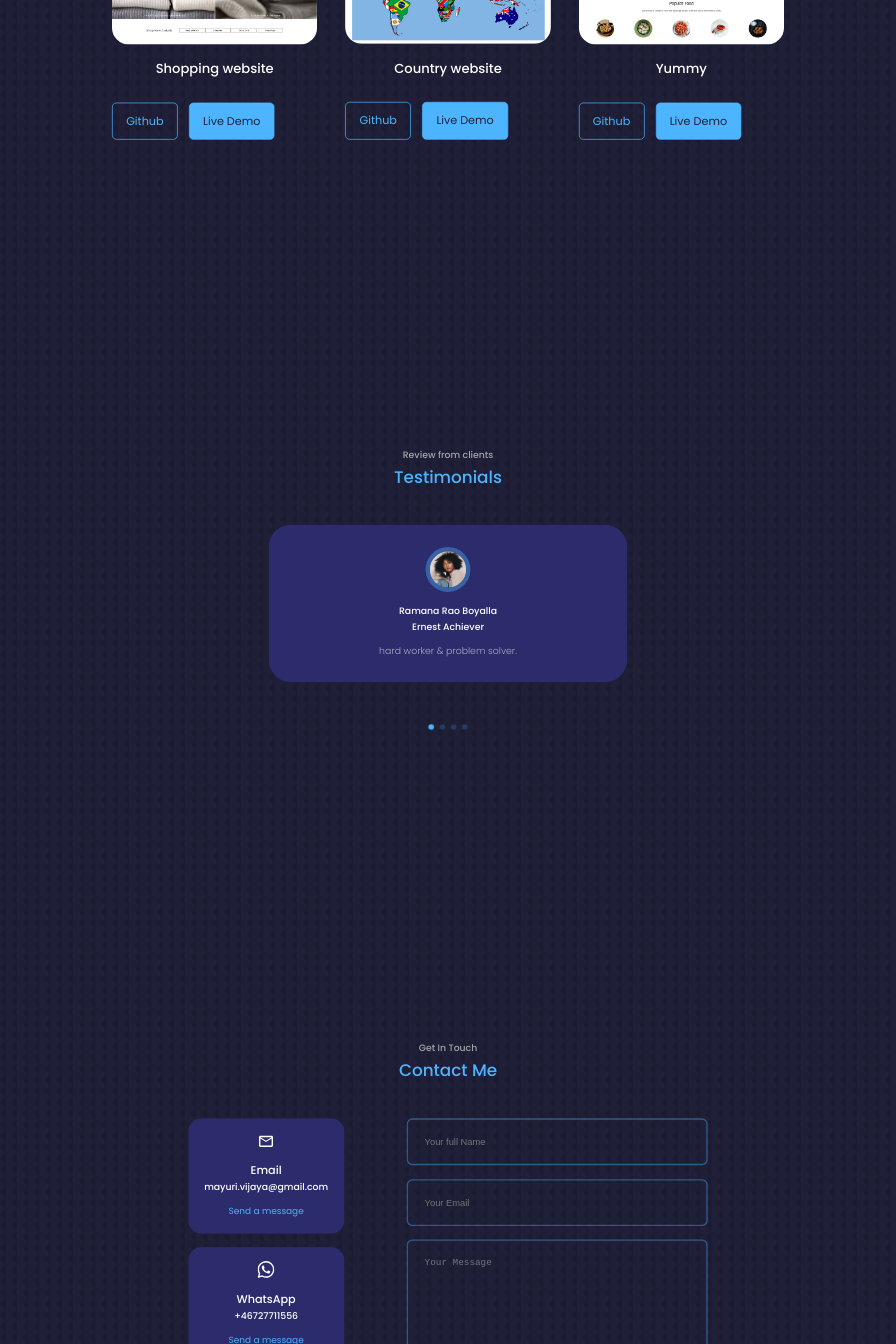
Repository: mayuri2018/Mr_react_portfolio
Page: /
An editor plug-in stored every save of this project. The page is shown before and after the next save, followed by the edit.
The browser window is 1280 px wide. The pictures show the part of the page from y = 3602 to 5522 px (the page is 6288 px tall), at 70% of full size.
The project was rebuilt for these pictures with package versions that can differ from the ones it lists, and the page was loaded fresh each time. Imported but missing from the stored project, and not drawn on this page: src/assets/cv.pdf.

Above is the page before, as saved 2023-01-28 18:37:34.

### public/index.html
<!DOCTYPE html>
<html lang="en">
  <head>
    <meta charset="utf-8" />
    <link rel="icon" href="%PUBLIC_URL%/favicon.ico" />
    <meta name="viewport" content="width=device-width, initial-scale=1" />
    <meta name="theme-color" content="#000000" />
    <meta
      name="description"
      content="Web site created using create-react-app"
    />
    <link rel="apple-touch-icon" href="%PUBLIC_URL%/logo192.png" />
    <!--
      manifest.json provides metadata used when your web app is installed on a
      user's mobile device or desktop. See https://developers.google.com/web/fundamentals/web-app-manifest/
    -->
    <link rel="manifest" href="%PUBLIC_URL%/manifest.json" />
    <!--
      Notice the use of %PUBLIC_URL% in the tags above.
      It will be replaced with the URL of the `public` folder during the build.
      Only files inside the `public` folder can be referenced from the HTML.

      Unlike "/favicon.ico" or "favicon.ico", "%PUBLIC_URL%/favicon.ico" will
      work correctly both with client-side routing and a non-root public URL.
      Learn how to configure a non-root public URL by running `npm run build`.
    -->
    <title>React portfolio</title>
  </head>
  <body>
    <noscript>You need to enable JavaScript to run this app.</noscript>
    <div id="root"></div>
    <!--
      This HTML file is a template.
      If you open it directly in the browser, you will see an empty page.

      You can add webfonts, meta tags, or analytics to this file.
      The build step will place the bundled scripts into the <body> tag.

      To begin the development, run `npm start` or `yarn start`.
      To create a production bundle, use `npm run build` or `yarn build`.
    -->
  </body>
</html>

### src/components/header/Header.jsx
import React from "react";
import "./header.css";
import ME from "../../assets/ME.jpeg";
import CTA from "./CTA";
import HeaderSocials from "./HeaderSocials";

export default function Header(){
    return(
        <header>
            <div className="container header_container">
                <h5>Hello I'm</h5>
                <h1>Mayuri Vaddempudi</h1>
                <h5 className="text-light">Fullstack Developer</h5>
                <CTA/>
                <HeaderSocials/>
                <div className="me">
                    <img src={ME} alt="me"/>
                </div>
                <a href="#contact" className="scroll_down">Scroll Down</a>
            </div>
        </header>

    )
}

### src/components/nav/Nav.jsx
import React from "react";
import "./nav.css";
import {AiOutlineHome} from "react-icons/ai";
import {BiBook} from "react-icons/bi";
import {AiOutlineUser} from "react-icons/ai";
import {RiServiceLine} from "react-icons/ri";
import {BiMessageSquareDetail} from "react-icons/bi";
import { useState } from "react";

export default function Nav(){
    const[activeNav, setActiveNav] = useState("#")
    return(
        <nav>
            <a href="#" onClick = {()=> setActiveNav("#")}className={activeNav === "#" ? "active" : ""}><AiOutlineHome/></a>
            <a href="#about" onClick = {()=> setActiveNav("#about")}className={activeNav === "#about" ? "active" : ""}><AiOutlineUser/></a>
            <a href="#experience" onClick = {()=> setActiveNav("#experience")}className={activeNav === "#experience" ? "active" : ""}><BiBook/></a>
            <a href="#services" onClick = {()=> setActiveNav("#services")}className={activeNav === "#services" ? "active" : ""}><RiServiceLine/></a>
            <a href="#contact" onClick = {()=> setActiveNav("#contact")}className={activeNav === "#contact" ? "active" : ""}><BiMessageSquareDetail/></a>
        </nav>

    )
}

### src/components/portfolio/Portfolio.jsx
import React from "react";
import "./portfolio.css";
import IMG1 from "../../assets/portfolio1.png";
import IMG2 from "../../assets/portfolio2.png";
import IMG3 from "../../assets/portfolio3.png";

const data = [
    {
        id:1,
        image:IMG1,
        title:"Shopping website",
        github : "https://github.com/jamiekim828/ShoppingWebsite-project",
        demo : "https://shopping-website-project.vercel.app/"
    },
    {
        id:2,
        image:IMG2,
        title:"Country website",
        github : "https://github.com/mayuri2018/Countryes-list",
        demo : "https://isa-6-front-end-project-amber.vercel.app/"
    },
    {
        id:3,
        image:IMG3,
        title:"Yummy",
        github : "https://github.com/mayuri2018/yummy",
        demo : "https://isa-6-yummy-project-6osjdznw4-mayurivijaya-gmailcom.vercel.app/"
    }
]
export default function Portfolio(){
    return(
        <section id="portfolio">
            <h5>My Recent work</h5>
            <h2>Portfolio</h2>
            <div className="container portfolio_container">
                {
                    data.map(({id,image,title,github,demo})=>{
                        return(
                            <article key={id} className="portfolio_item">
                                <div className="portfolio_item-image">
                                    <img src={image} alt={title}/>
                                </div>
                                <h3>{title}</h3>
                                <div className="portfolio_item-cta">
                                    <a href={github} className="btn" target="_blank">Github</a>
                                    <a href={demo} className="btn btn-primary" target="_blank">Live Demo</a>
                                </div>
                            </article>
                        )
                    })
                }
            </div>
        </section>
    )
}

### src/components/testimonials/Testimonials.jsx
import React from "react";
import "./testimonials.css";
import AVTRI1 from "../../assets/avatar1.jpg";
import AVTRI2 from "../../assets/avatar2.jpg";
import AVTRI3 from "../../assets/avatar3.jpg";
import AVTRI4 from "../../assets/avatar4.jpg";

import { Pagination, Scrollbar, A11y } from 'swiper';

import { Swiper, SwiperSlide } from 'swiper/react';

// Import Swiper styles
import 'swiper/css';
import 'swiper/css/pagination';


const data = [
    {
        avatar:AVTRI1,
        name: "Ramana Rao Boyalla",
        review :"hard worker & problem solver."
    },
    {
        avatar:AVTRI2,
        name: "Putin Sipani",
        review :"well organised person and friendly."
    },
    {
        avatar:AVTRI3,
        name: "Jazgul Ismailova",
        review :"Excellent organisational and time management skills."
    },
    {
        avatar:AVTRI4,
        name: "Michael Akampa",
        review :"Lorem Ipsum is simply dummy text of the printing and typesetting industry."
    }
]
export default function Testimonials(){
    return(
        <section id="testimonials">
            <h5>Review from clients</h5>
            <h2>Testimonials</h2>

            <Swiper className="container testimonials_container"
            // install Swiper modules
            modules={[Pagination]}
            spaceBetween={40}
            slidesPerView={1}
            pagination={{ clickable: true }}
            >
                {
                    data.map(({avatar,name,review},index) => {
                        return(
                            <SwiperSlide key={index} className="testimonial">
                                <div className="client_avatar">
                                    <img src={avatar} alt="Avatar"/>
                                </div>
                    <h5 className="client_name">{name}</h5>
                    <h5 className="client_name">Ernest Achiever</h5>
                    <small className="client_review">{review}</small>
                </SwiperSlide>
                        )
                    })
                }
            </Swiper>
        </section>
    )
}

### src/components/footer/Footer.jsx
import React from "react";
import "./footer.css";
import {FaFacebookF} from "react-icons/fa";
import {FiInstagram} from "react-icons/fi";
import {IoLogoTwitter} from "react-icons/io";


export default function Footer(){
    return(
        <footer>
            <a href="#" className="footer_logo">EGATOR</a>
            <ul className="permalinks">
                <li><a href="#">Home</a></li>
                <li><a href="#about">About</a></li>
                <li><a href="#experience">Experience</a></li>
                <li><a href="#services">Services</a></li>
                <li><a href="#portfolio">Portfolio</a></li>
                <li><a href="#testimonials">Testimonials</a></li>
                <li><a href="#contacts">Contacts</a></li>
            </ul>
            <div className="footer_social">
                <a href="https://facebook.com"><FaFacebookF/></a>
                <a href="https://instagram.com"><FiInstagram/></a>
                <a href="https://twitter.com"><IoLogoTwitter/></a>
            </div>
            <div className="footer_copyright">
                <small>
                    &copy;EGATOR Tutorials.All rights reserved.
                </small>
            </div>
        </footer>
    )
}

### src/components/header/header.css
header{
    height: 100vh;
    padding-top: 7rem;
    overflow: hidden;
}
.header_container{
    text-align: center;
    height: 100%;
    position: relative;
}
/*------------CTA-----------*/
.cta{
    margin-top: 2.5rem;
    display: flex;
    gap: 1.2rem;
    justify-content: center;
}
/*------------headerSocials-----------*/
.header_socials{
    display: flex;
    flex-direction: column;
    align-items: center;
    gap: 0.8rem;
    position: absolute;
    left: 0;
    bottom: 3rem;
}
.header_socials::after{
    content: "";
    width: 1px;
    height: 2rem;
    background: var(--color-primary);
}
/*------------ME-----------*/
.me{
    background: linear-gradient(var(--color-primary), transparent);
    width: 22rem;
    height: 30rem;
    position: absolute;
    left: calc(50% - 11rem);
    margin-top: 4rem;
    border-radius: 12rem 12rem 0 0;
    overflow: hidden;
    padding: 5rem 1.5rem 1.5rem 1.5rem;
}
/*------------scroll down-----------*/
.scroll_down{
    position: absolute;
    right: -2.3rem;
    bottom: 5rem;
    transform: rotate(90deg);
    font-weight: 300;
    font-size: 0.9;
}
/*----------Media Queries (Medium devices)-----*/
@media screen and (max-width: 1024px){
    header{
        height: 68vh;
    }

  }
  /*----------Media Queries (small devices)-----*/
  @media screen and (max-width: 600px){
    header{
        height: 100vh;
    }
    .header_socials,
    .scroll_down{
        display: none;
    }
  }

### src/components/header/CTA.jsx
import React from "react";
import CV from "../../assets/cv.pdf"

export default function CTA(){
    return(
        <div className="cta">
           <a href={CV} download className="btn">Download CV</a>
           <a href="#contact" className="btn btn-primary">Let's Talk</a>
        </div>
    )
}

### src/components/header/HeaderSocials.jsx
import React from "react";
import {BsLinkedin} from "react-icons/bs";
import {BsGithub} from "react-icons/bs";
import {FaDribbble} from "react-icons/fa";

export default function HeaderSocials(){
    return(
        <div className="header_socials">
            <a href="https://www.linkedin.com/in/mayuri-vaddempudi/" target="_blank"><BsLinkedin/></a>
            <a href="https://github.com/mayuri2018" target="_blank"><BsGithub/></a>
            <a href="https://dribble.com" target="_blank"><FaDribbble/></a>
        </div>
    )
}

### src/components/nav/nav.css
nav{
    background: rgba(0, 0, 0, 0.3);
    width: max-content;
    display: block;
    padding: 0.7rem 1.7rem;
    z-index: 2;
    position: fixed;
    left: 50%;
    transform: translate(-50%);
    bottom: 2rem;
    display: flex;
    gap: 0.8rem;
    border-radius: 3rem;
    backdrop-filter: blur(15px);
}
nav a{
    background: transparent;
    padding: 0.9rem;
    border-radius: 50%;
    display: flex;
    color: var(--color-light);
    font-size: 1.1rem;
}
nav a:hover{
    background:rgba(0, 0, 0, 0.3);
}
nav a.active{
    background: var(--color-primary);
    color: var(--color-bg);
}

### src/components/about/about.css
.about_container{
    display: grid;
    grid-template-columns: 35% 50%;
    gap:15%;
}

.about_me{
    width: 100%;
    aspect-ratio: 1/1;
    border-radius: 2rem;
    background: linear-gradient(
        45deg,
        transparent,
        var(--color-primary),
        transparent);
    display: grid;
    place-items: center;
}

.about_me-image{
    border-radius: 2rem;
    overflow: hidden;
    transform: rotate(10deg);
    transition: var(--transition);
}

.about_me-image:hover{
    transform: rotate(0);
}
.about_cards{
    display: grid;
    grid-template-columns: repeat(3, 1fr);
    gap: 1.5em;
}

.about_card{
    background: var(--color-bg-variant);
    border: 1px solid transparent;
    border-radius: 1rem;
    padding: 2rem;
    text-align: center;
    transition: var(--transition);
}

.about_card:hover{
    background: transparent;
    border-color: var(--color-primary-variant);
    cursor: default;
}

.about_icon{
    color: var(--color-primary);
    font-size: 1.4rem;
    margin-bottom: 1rem;
}
.about_card h5{
    font-size: 0.9rem;
}

.about_card small{
    font-size: 0.7rem;
    color: var(--color-light);
}

.about_content p{
    margin: 2rem 0 2.6rem;
    color:var(--color-light);
}

/*----------Media Queries (Medium devices)-----*/
@media screen and (max-width: 1024px){
    .about_container{
        grid-template-columns: 1fr;
        gap:0;
    }
    .about_me{
        width: 50%;
        margin: 1rem 0 1.5rem;
    }

  }
  /*----------Media Queries (small devices)-----*/
  @media screen and (max-width: 600px){
    .about_me{
        width: 65%;
        margin: 0 auto 3rem;
    }
    .about_cards{
        grid-template-columns: 1fr 1fr;
        gap:1rem ;
    }
    .about_content{
        text-align: center;
    }
    .about_content p{
        margin: 1.5rem 0;
    }
  }

### src/components/experience/experience.css
.experience_container{
    display: grid;
    grid-template-columns: 1fr 1fr;
    gap:2rem;
}
.experience_container > div{
    background:var(--color-bg-variant);
    padding: 2.4rem 5rem;
    border-radius: 2rem;
    border: 1px solid transparent;
    transition: var(--transition);
}

.experience_container > div:hover{
    background: transparent;
    border-color: var(--color-primary-variant);
    cursor: default;
}
.experience_container > div h3{
    text-align: center;
    margin-bottom: 2rem;
    color: var(--color-primary);
}

.experience_content{
    display: grid;
    grid-template-columns: 1fr 1fr;
    row-gap: 2rem;
}
.experience_details{
    display: flex;
    gap:1rem;
}
.experience_details-icon{
    margin-top: 6px;
    color: var(--color-primary);
}

/*----------Media Queries (Medium devices)-----*/
@media screen and (max-width: 1024px){
    .experience_container{
        grid-template-columns: 1fr;
    }
    .experience_container > div{
        width: 80%;
        padding: 2rem;
        margin: 0 auto;
    }
    .experience_content{
        padding: 1rem;
    }

  }
  /*----------Media Queries (small devices)-----*/
  @media screen and (max-width: 600px){
   .experience_container{
    gap:1rem;
   }
   .experience_container > div{
    width: 100%;
    padding: 2rem 1rem;
   }
  }

### src/components/services/services.css
.services_container{
    display: grid;
    grid-template-columns: repeat(3, 1fr);
    gap:3rem;
}
.service{
    background: var(--color-bg-variant);
    border-radius:0 0 2rem 2rem;
    border: 1px solid var(--color-primary);
    height: fit-content;
    transition: var(--transition);
}
.service:hover{
    background: transparent;
    border-color: var(--color-primary-variant);
    cursor: default;
}
.service_head{
    background: var(--color-primary);
    padding: 2rem;
    border-radius: 0 0 2rem 2rem;
    box-shadow: 0 2rem 1rem rgba(0, 0, 0, 0.1);
}
.service_head h3{
    color: var(--color-bg);
    font-size: 1rem;
    text-align: center;
}
.service_list{
    padding: 2rem;
}
.service_list li{
    display: flex;
    gap:1rem;
    margin-bottom: 0.8rem;
}
.service_list-icon{
    color:var(--color-primary);
    margin-top: 2px;
}
.service_list p{
    font-size: 0.9rem;
}
/*----------Media Queries (Medium devices)-----*/
@media screen and (max-width: 1024px){
    .services_container{
        grid-template-columns: 1fr 1fr;
        gap:2rem;
    }
    .service{
        height:auto;
    }

  }
  /*----------Media Queries (small devices)-----*/
  @media screen and (max-width: 600px){
   .services_container{
    grid-template-columns: 1fr;
    gap:1.5rem;
   }
  }

### src/components/portfolio/portfolio.css
.portfolio_container{
    display: grid;
    grid-template-columns: repeat(3, 1fr);
    gap: 2.5rem;
}
.portfolio_items{
    background: var(--color-bg-variant);
    padding: 1.3rem;
    border-radius: 2rem;
    border: 1px solid transparent;
    transition: var(--transition);
}
.portfolio_items:hover{
    border-color: var(--color-primary-varient);
    background: transparent;
}
.portfolio_item-image{
    border-radius: 1.5rem;
    overflow: hidden;
}
.portfolio_item h3{
    margin: 1.2rem 0 2rem;
}
.portfolio_item-cta{
    display: flex;
    gap: 1rem;
    margin-bottom: 1rem;
}
/*----------Media Queries (Medium devices)-----*/
@media screen and (max-width: 1024px){
    .portfolio_container{
        grid-template-columns: 1fr 1fr;
        gap: 1.2rem;
    }

  }
/*----------Media Queries (small devices)-----*/
@media screen and (max-width: 600px){
    .portfolio_container{
        grid-template-columns: 1fr;
        gap:1rem;
    }
  }

### src/components/testimonials/testimonials.css
.container.testimonials_container{
    width: 40%;
    padding-bottom:4rem;
}
.client_avatar{
    width: 4rem;
    aspect-ratio: 1/1;
    overflow: hidden;
    border-radius: 50%;
    margin: 0 auto 1rem;
    border: 0.4rem solid var(--color-primary-variant);
}
.testimonial{
    background: var(--color-bg-variant);
    text-align: center;
    padding: 2rem;
    border-radius: 2rem;
    user-select: none;
}
.client_review{
    color:var(--color-light);
    font-weight: 300;
    display: block;
    width: 80%;
    margin: 0.8rem auto 0;
}
.swiper-pagination-clickable .swiper-pagination-bullet{
    background: var(--color-primary);
}
/*----------Media Queries (Medium devices)-----*/
@media screen and (max-width: 1024px){
   .container.testimonials_container{
    width: 60%;
   }
  }
  /*----------Media Queries (small devices)-----*/
  @media screen and (max-width: 600px){
   .container.testimonials_container{
    width: var(--container-width-sm);
   }
   .client_review{
    width: var(--container-width-sm);
   }
  }

### src/components/contact/contact.css
.container.contact_container{
    width: 58%;
    display: grid;
    grid-template-columns: 30% 58%;
    gap: 12%;
}
.contact_options{
    display: flex;
    flex-direction: column;
    gap: 1.2rem;
}
.contact_option{
    background: var(--color-bg-variant);
    padding: 1.2rem;
    border-radius: 1.2rem;
    text-align: center;
    border: 1px solid transparent;
    transition: var(--transition);
}
.contact_option:hover{
    background:transparent;
    border-color: var(--color-primary-variant);

}
.contact_option-icon{
    font-size: 1.5rem;
    margin-bottom: 0.5rem;
}
.contact_option a{
    margin-top: 0.7rem;
    display: inline-block;
    font-size: 0.8rem;
}
/*------FORM--------*/
form{
    display: flex;
    flex-direction: column;
    gap: 1.2rem;
}
input, textarea{
    width: 100%;
    padding: 1.5rem;
    border-radius: 0.5rem;
    background: transparent;
    border: 2px solid var(--color-primary-variant);
    resize: none;
    color: var(--color-white);
}
/*----------Media Queries (Medium devices)-----*/
@media screen and (max-width: 1024px){
    .container.contact_container{
        grid-template-columns: 1fr;
        gap: 2rem;
    }

  }
  /*----------Media Queries (small devices)-----*/
  @media screen and (max-width: 600px){
    .container.contact_container{
        width: var(--container-width-sm);
    }
  }

### src/components/footer/footer.css
footer{
    background: var(--color-primary);
    padding: 3rem;
    text-align: center;
    font-size: 0.9rem;
    margin-top: 7rem;
}
footer a{
    color: var(--color-bg);
}
.footer_logo{
    font-size: 2rem;
    font-weight: 500;
    margin-bottom: 2rem;
    display: inline-block;
}
.permalinks{
    display:flex;
    flex-wrap: wrap;
    justify-content:center;
    gap: 2rem;
    margin: 0 auto 3rem;
}
.footer_socials{
    display: flex;
    justify-content: center;
    gap: 1rem;
    margin-bottom: 4rem;
}
.footer_socials a{
    background: var(--color-bg);
    color: var(--color-white);
    padding: 0.8rem;
    border-radius: 0.7rem;
    display: flex;
    border: 1px solid transparent;
}
.footer_socials a:hover{
    background:transparent;
    color: var(--color-bg);
    border-color: var(--color-bg);
}
.footer_copyright{
    margin-bottom: 4rem;
    color:var(--color-bg);
}
/*----------Media Queries (small devices)-----*/
  @media screen and (max-width: 600px){
   .permalinks{
    flex-direction: column;
    gap: 1.5rem;
   }
   .footer_socials{
    margin-bottom: 2.6rem;
   }
  }

Loaded but not shown: src/index.js (common file); src/reportWebVitals.js (common file); src/App.css (common file); src/App.js (30 lines, source omitted); src/components/experience/Experience.jsx (127 lines, source omitted); src/components/services/Services.jsx (111 lines, source omitted); src/components/about/About.jsx (53 lines, source omitted); src/index.css (120 lines, source omitted); src/components/contact/Contact.jsx (48 lines, source omitted)

After the next save:
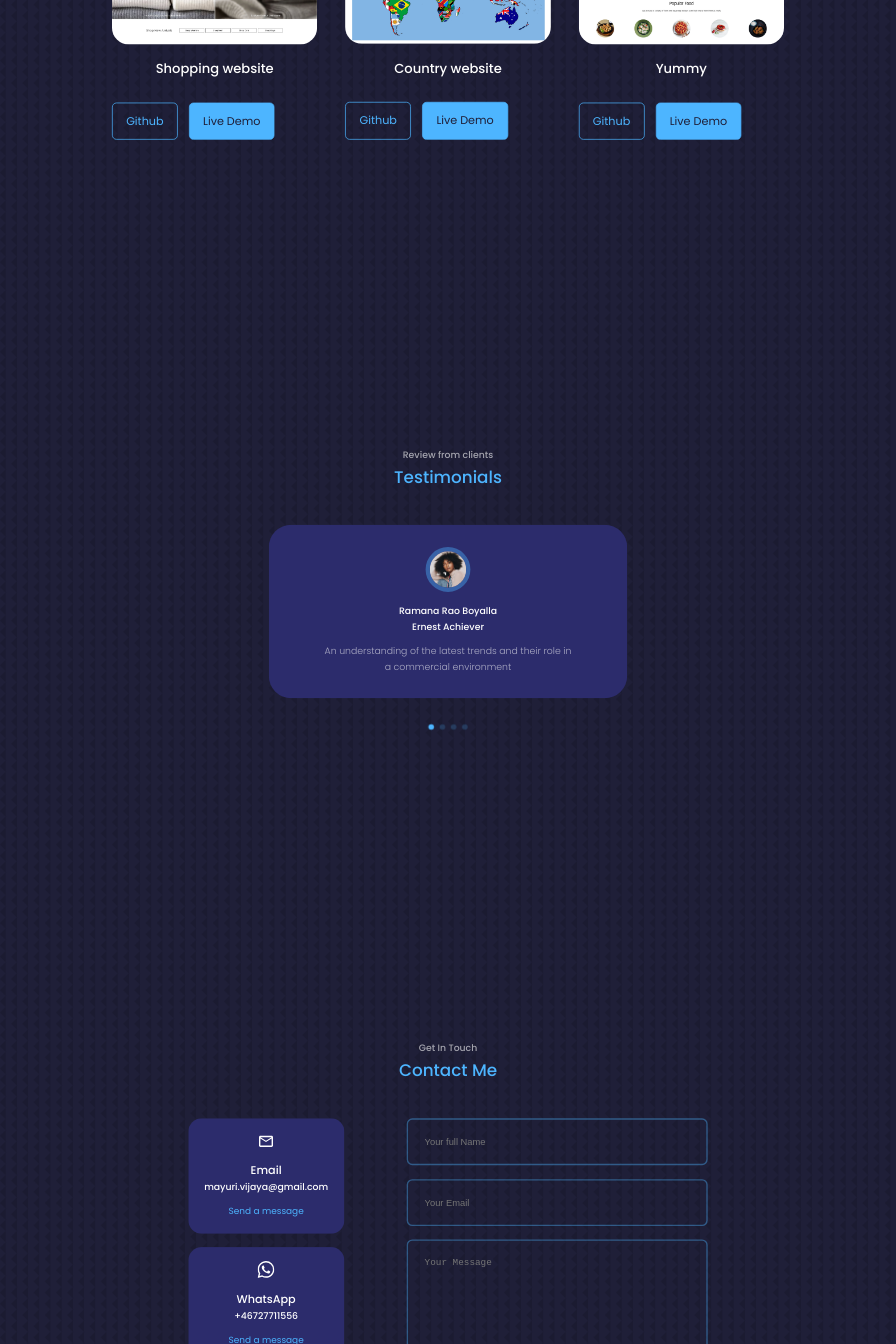
Saved 59 s later.
--- a/src/components/testimonials/Testimonials.jsx
+++ b/src/components/testimonials/Testimonials.jsx
@@ -18,7 +18,7 @@ const data = [
     {
         avatar:AVTRI1,
         name: "Ramana Rao Boyalla",
-        review :"hard worker & problem solver."
+        review :"An understanding of the latest trends and their role in a commercial environment"
     },
     {
         avatar:AVTRI2,
